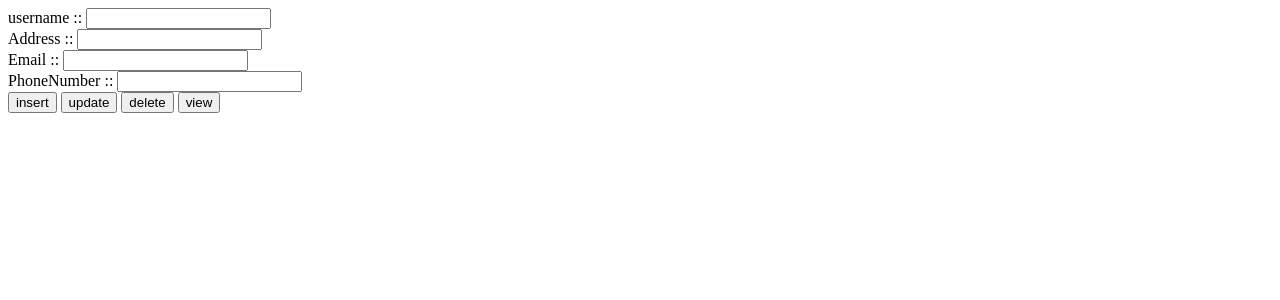
Repository: kingrk123/Spring
Page: http://localhost/MVCProj16-MultiActionController2/
The author's editor kept a copy of each file at every save. The page is drawn from the files as they stood at one save, then again after the next save.
The browser window is 1280 px wide. The pictures show the whole page.
The page is served by Tomcat 9.

Above is the page before, as saved 2020-01-01 13:56:52.

After the next save:
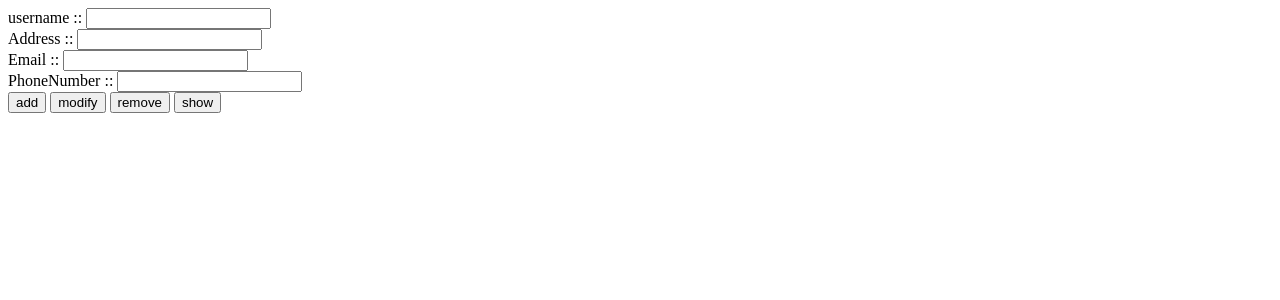
Saved 10 min 17 s later.
--- a/Natraj/NTSP611-Ext1/MVCProj16-MultiActionController2/WebContent/WEB-INF/pages/user_form.jsp
+++ b/Natraj/NTSP611-Ext1/MVCProj16-MultiActionController2/WebContent/WEB-INF/pages/user_form.jsp
@@ -2,18 +2,39 @@
     pageEncoding="ISO-8859-1" isELIgnored="false"%>
 <%@taglib uri="http://java.sun.com/jsp/jstl/core" prefix="c" %>
 
- <form action="operations.htm" method="POST">
+ <form name="frm" method="POST">
    username ::  <input type="text" name="name"> <br>
    Address :: <input type="text" name="addrs"> <br>
    Email :: <input type="text" name="email"> <br>
    PhoneNumber :: <input type="text" name="phone"> <br>
 
-   <input type="submit" name="s1" value="insert">
-   <input type="submit" name="s1" value="update">
-   <input type="submit" name="s1" value="delete">
-   <input type="submit" name="s1" value="view">
+   <input type="button" name="s1" value="add" onclick="send1()">
+   <input type="button" name="s1" value="modify" onclick="send2()">
+   <input type="button" name="s1" value="remove" onclick="send3()">
+   <input type="button" name="s1" value="show" onclick="send4()">
  </form>
 
   <c:if test="${!empty result }">
     ${result} is performed
     </c:if>
+   <script language="javaScript">
+    function send1(){
+    	frm.action="/add.htm";
+    	frm.submit();
+    }
+    function send2(){
+    	frm.action="/modify.htm";
+    	frm.submit();
+    }
+    function send1(){
+    	frm.action="/remove.htm";
+    	frm.submit();
+    }
+    function send1(){
+    	frm.action="/show.htm";
+    	frm.submit();
+    }
+
+
+
+   </script>
